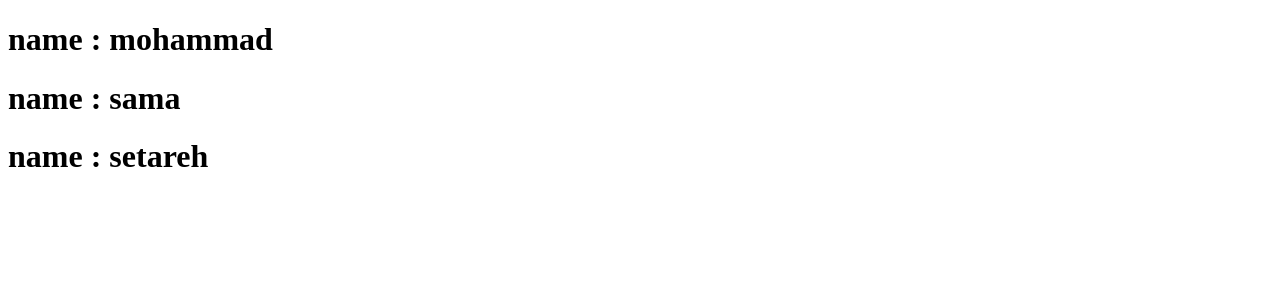
Repository: samsoli/React
Page: /
These files come from the project's save history. The page is drawn as it stood at one moment and after the next save; the edit follows.
The browser window is 1280 px wide. The pictures show the whole page.
The project was rebuilt for these pictures with package versions that can differ from the ones it lists, and the page was loaded fresh each time.

Above is the page before, as saved 2024-06-15 10:29:59.

After the next save:
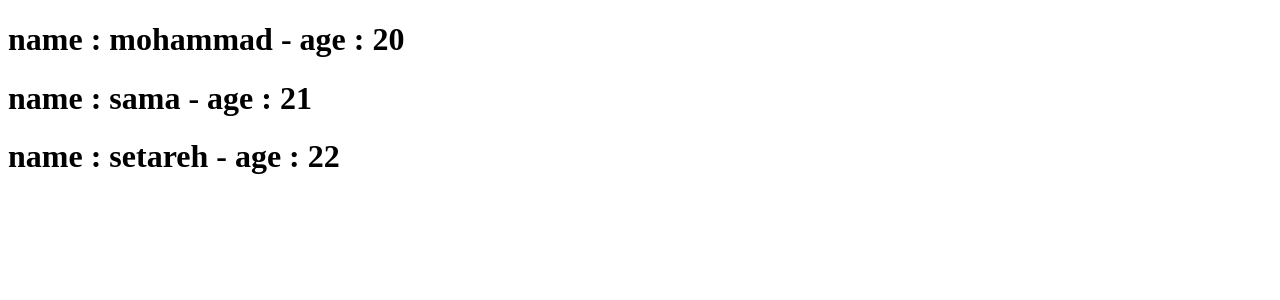
Saved 59 s later.
--- a/src/users/User.js
+++ b/src/users/User.js
@@ -3,7 +3,7 @@
 export default function User(props) {
     return (
         <div>
-            <h1>name : {props.name}</h1>
+            <h1>name : {props.name} - age : {props.age}</h1>
         </div>
     )
 }
